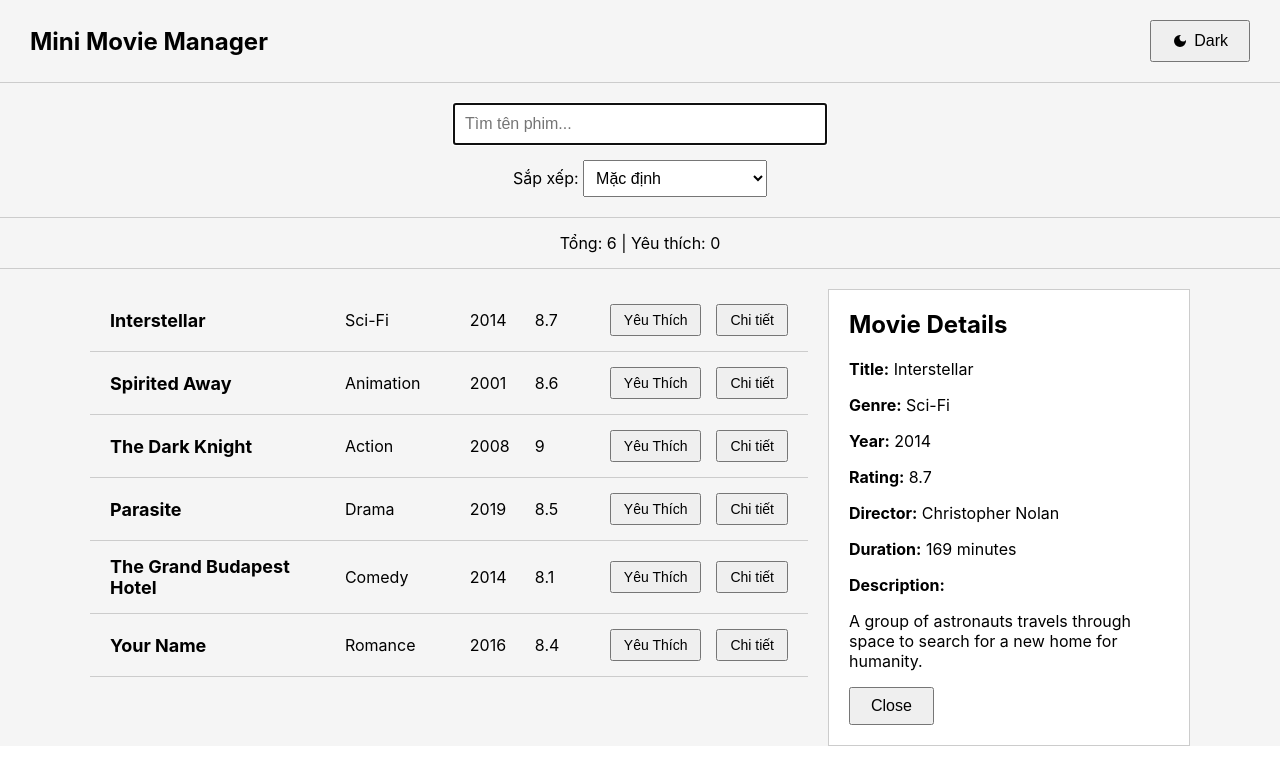
Repository: duyndhe195099/fer202_lab2
Page: /, after clicking the first element matching `div > :nth-child(6)`
These files come from the project's save history. The page is drawn as it stood at one moment and after the next save; the edit follows.
The browser window is 1280 px wide. The pictures show the whole page.
The project was rebuilt for these pictures with package versions that can differ from the ones it lists, and the page was loaded fresh each time.

Above is the page before, as saved 2026-10-02 11:22:49.

After the next save:
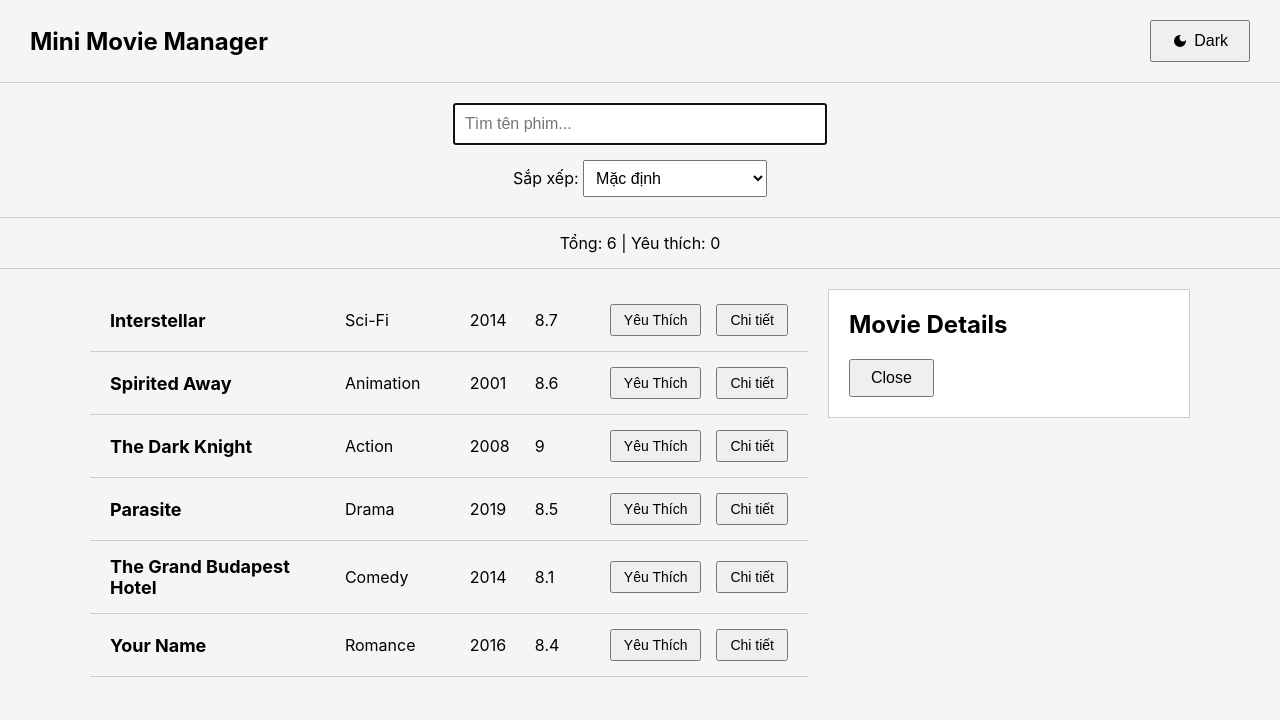
Saved 98 s later.
--- a/src/components/MovieDetail.js
+++ b/src/components/MovieDetail.js
@@ -15,28 +15,7 @@ function MovieDetail({ movie, onClose }) {
     >
       <h2 style={{ marginTop: 0 }}>Movie Details</h2>
 
-      <p>
-        <strong>Title:</strong> {movie.title}
-      </p>
-      <p>
-        <strong>Genre:</strong> {movie.genre}
-      </p>
-      <p>
-        <strong>Year:</strong> {movie.year}
-      </p>
-      <p>
-        <strong>Rating:</strong> {movie.rating}
-      </p>
-      <p>
-        <strong>Director:</strong> {movie.director}
-      </p>
-      <p>
-        <strong>Duration:</strong> {movie.duration} minutes
-      </p>
-      <p>
-        <strong>Description:</strong>
-      </p>
-      <p>{movie.description}</p>
+
 
       <button
         onClick={onClose}
